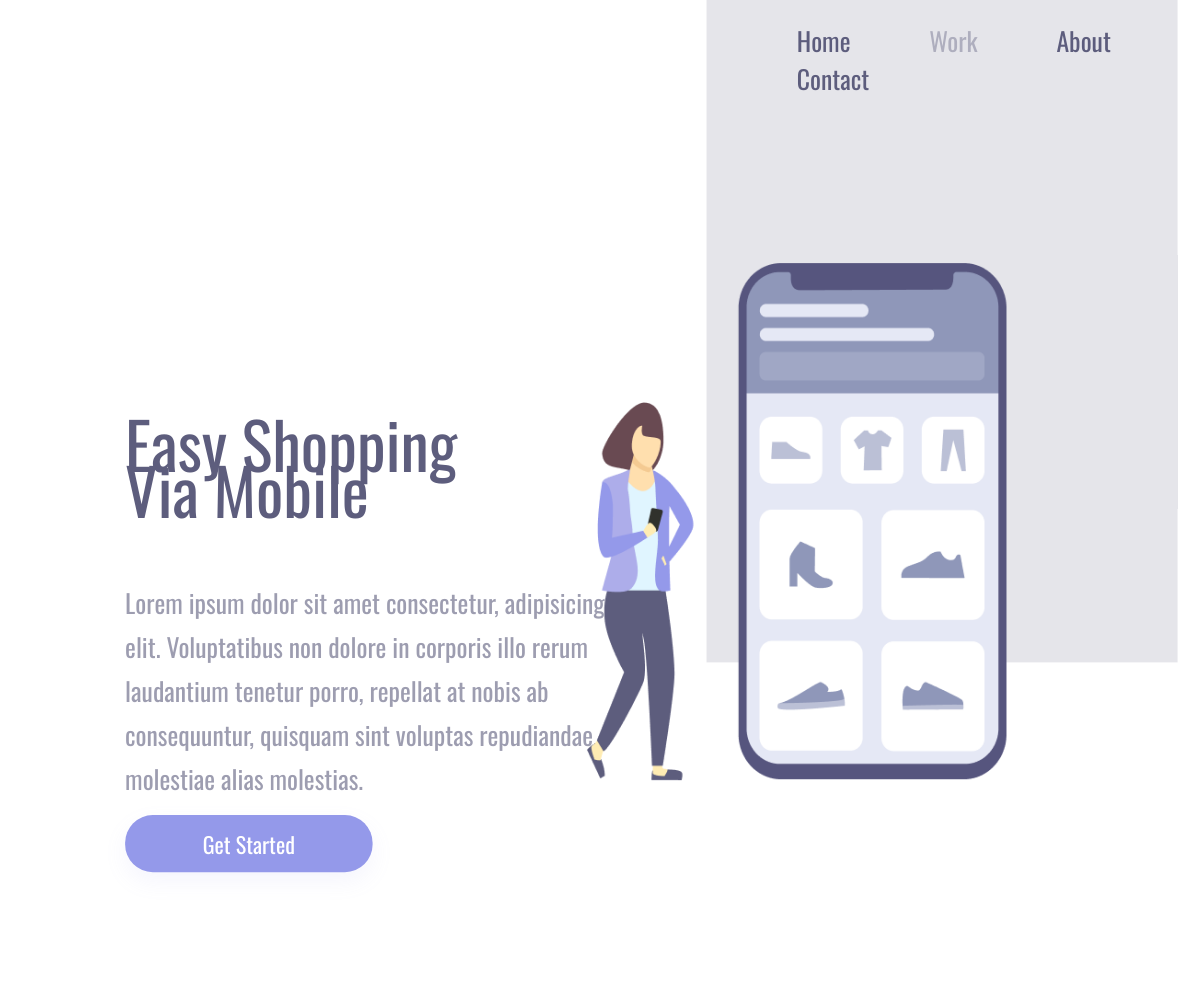
Repository: DihOliver/Projeto-Responsivo
Page: index.html
An editor plug-in stored every save of this project. The page is shown before and after the next save, followed by the edit.
The browser window is 1280 px wide. The pictures show the whole page, at 92% of full size.
Some web fonts or font styles are not loaded; a fallback is used.

Above is the page before, as saved 2023-06-26 14:59:32.

### index.html
<!DOCTYPE html>
<html lang="en">
  <head>
    <meta charset="UTF-8" />
    <meta http-equiv="X-UA-Compatible" content="IE=edge" />
    <meta name="viewport" content="width=device-width, initial-scale=1.0" />
    <link rel="stylesheet" href="./styles.css" />
    <link rel="preconnect" href="https://fonts.googleapis.com" />
    <link rel="preconnect" href="https://fonts.gstatic.com" crossorigin />
    <link
      href="https://fonts.googleapis.com/css2?family=Montserrat:ital,wght@0,500;0,600;0,700;0,900;1,400&family=Oswald&family=Poppins:wght@400;500;700&family=Roboto:wght@400;500;700&family=Tilt+Prism&display=swap"
      rel="stylesheet"
    />
    <title>Css - Responsividade</title>
  </head>
  <body>
    <div class="wrapper">
      <section class="container-left">
        <h1>Easy Shopping Via Mobile</h1>
        <p>
          Lorem ipsum dolor sit amet consectetur, adipisicing elit. Voluptatibus
          non dolore in corporis illo rerum laudantium tenetur porro, repellat
          at nobis ab consequuntur, quisquam sint voluptas repudiandae,
          molestiae alias molestias.
        </p>
        <button>Get Started</button>
      </section>
      <section class="container-rigth">
        <header>
          <a>Home</a>
          <a>Work</a>
          <a>About</a>
          <a>Contact</a>
        </header>
        <img alt="Girl=cellphone.png" src="./img/girl-cellphone.png" />
      </section>
    </div>
  </body>
</html>

### styles.css
*{
    margin: 0;
    padding: 0;
    box-sizing: border-box;
    font-family: 'Oswald', sans-serif;
    font-weight: 400;
}

.wrapper {
    height: 100vh;
    width: 100vw;

}

.container-left {
    display: inline-block;
    width: 60%;
    padding: 136px;
    margin-top: 25%;


}


.container-rigth {
    display: inline-block;
    background-color: rgba(93,93,125,0.16);
    height: 100vh;
    position: absolute;
    width: 540px;
    width: 40%;


}

img {
    position: relative;
    top: 25%;
    right: 130px;
}

h1 {
    font-weight: 0px;
    font-size: 70px;
    line-height: 50px;
    color: #5D5D7D;
    width: 368px;
    height: 160px;
    width: 368px;

}

p {
    font-size: 28px;
    line-height: 48px;
    color: #5D5D7D;
    opacity: 0.6;
    margin: 15px 0;
    width: 540px;

}

button {
    width: 269px;
    height: 62px;
    background: #9499EA;
    font-size: 24px;
    line-height: 36px;
    text-align: center;
    box-shadow: 0px 10px 24px rgba(148, 153, 234, 0.0979959);
    color: #FFFFFF;
    border: none;
    border-radius: 30px;
    cursor: pointer;
    }

    button:hover {
        opacity: .8;
    }

    button:active {
        opacity: .5;
    }

    a {
        font-size: 28px;
        line-height: 41px;
        color: #5D5D7D;
        margin: 41px;
        cursor: pointer;
    }

    a:nth-child(2) {
        opacity: 0.4;

    }

    a:hover {
        opacity: 0.4;
    }

    a:active {
        opacity: 0.8;
    }

    header {
        margin: 24px 0 0 57px;
    }

    @media screen and (max-width: 900px) {
        .container-left {
            width: 100%;
            height: 50%;
            padding: 0;
            margin: 0;
        }

        .container-rigth {
            display: block;
            height: auto;
            width: 100px;
            position: static;
            padding: 40px;
        }

        img {
            position: static;

        }

        header {
            display: none;
        }

        h1 {
            font-size:36px;
            line-height: 52px;
            width: auto;
            margin: 58px 50px 0 50px;
            text-align: center;

        }

        p {
            margin: 15px 40px;
            width: auto;
            text-align: center;
            font-size: 14px;
            line-height: 24px;
        }

        button {
            margin: 0 auto;
            display: block;
        }



    }

After the next save:
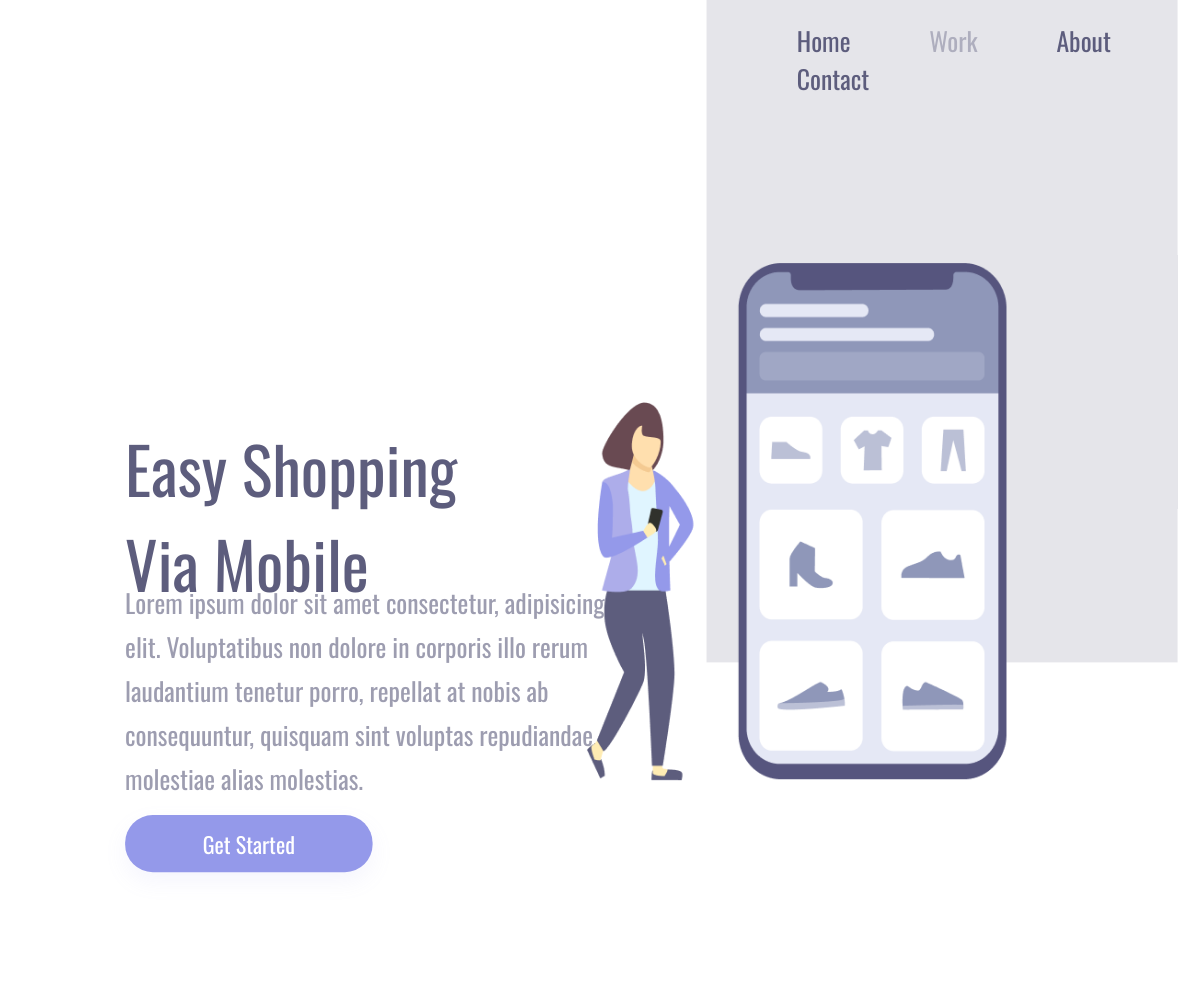
Saved 22 s later.
--- a/styles.css
+++ b/styles.css
@@ -42,7 +42,7 @@
 h1 {
     font-weight: 0px;
     font-size: 70px;
-    line-height: 50px;
+    line-height: normal;
     color: #5D5D7D;
     width: 368px;
     height: 160px;

After the save that followed:
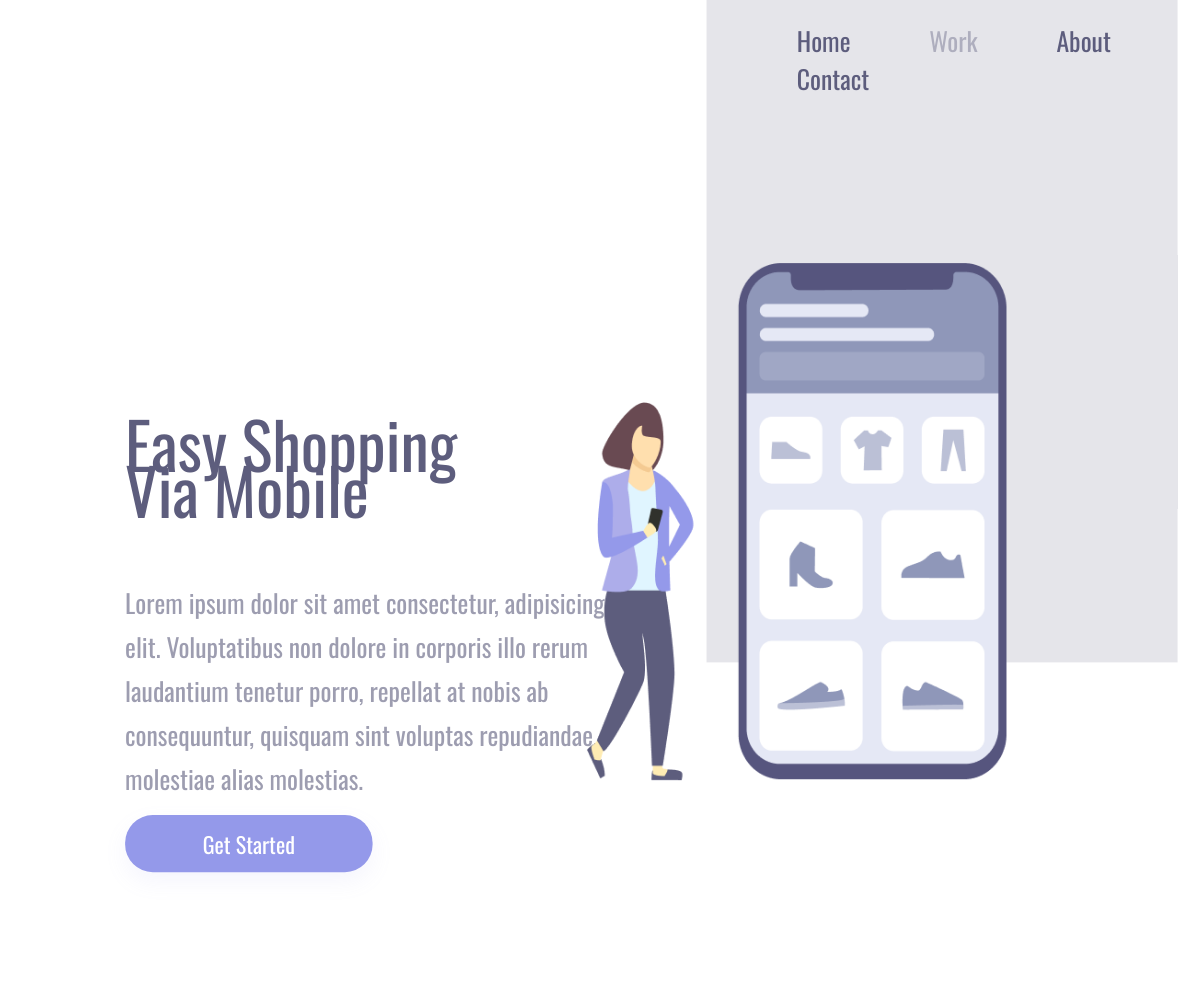
Saved 5 s later.
--- a/styles.css
+++ b/styles.css
@@ -42,7 +42,7 @@
 h1 {
     font-weight: 0px;
     font-size: 70px;
-    line-height: normal;
+    line-height: 50px;
     color: #5D5D7D;
     width: 368px;
     height: 160px;
